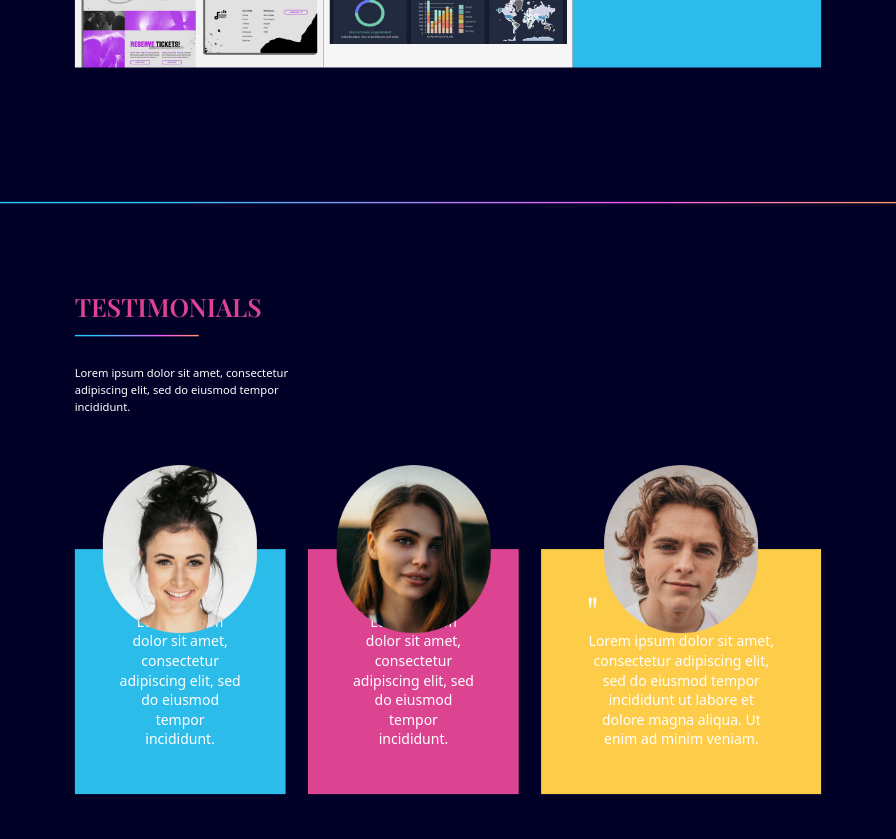
Repository: thibaultNicolas/portfolio-react
Page: /
These files come from the project's save history. The page is drawn as it stood at one moment and after the next save; the edit follows.
The browser window is 1280 px wide. The pictures show the part of the page from y = 2949 to 4869 px (the page is 4147 px tall before and 4869 px after), at 70% of full size.
The project was rebuilt for these pictures with package versions that can differ from the ones it lists, and the page was loaded fresh each time. Also part of the build but not shown: next.config.ts.

Above is the page before, as saved 2023-01-08 12:07:25.

After the next save:
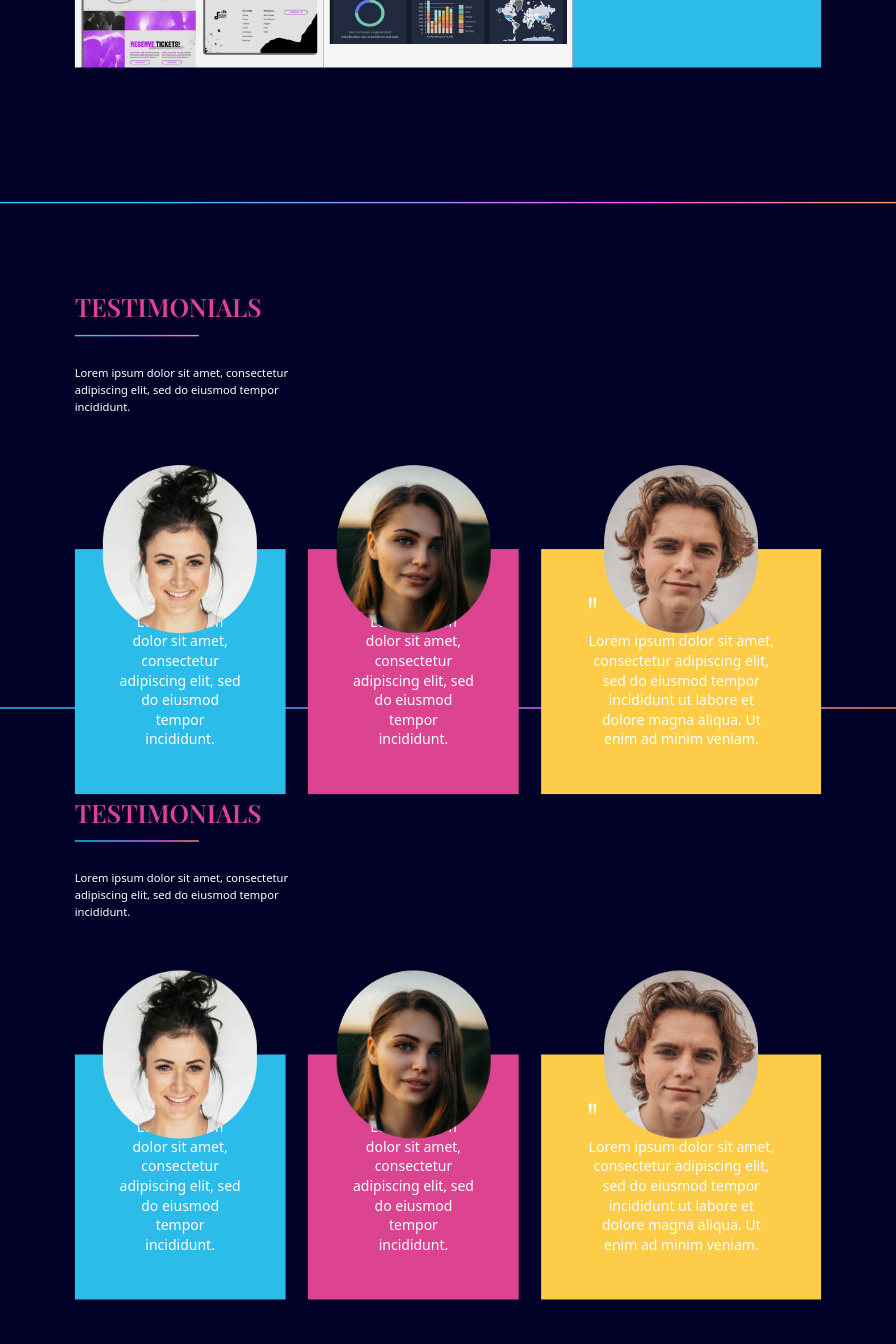
Saved 7 min 16 s later.
--- a/src/App.js
+++ b/src/App.js
@@ -46,6 +46,10 @@ function App() {
       <div className="w-5/6 mx-auto md:h-full">
         <Testimonials />
       </div>
+      <LineGradient />
+      <div className="w-5/6 mx-auto md:h-full">
+        <Testimonials />
+      </div>
     </div>
   );
 }
